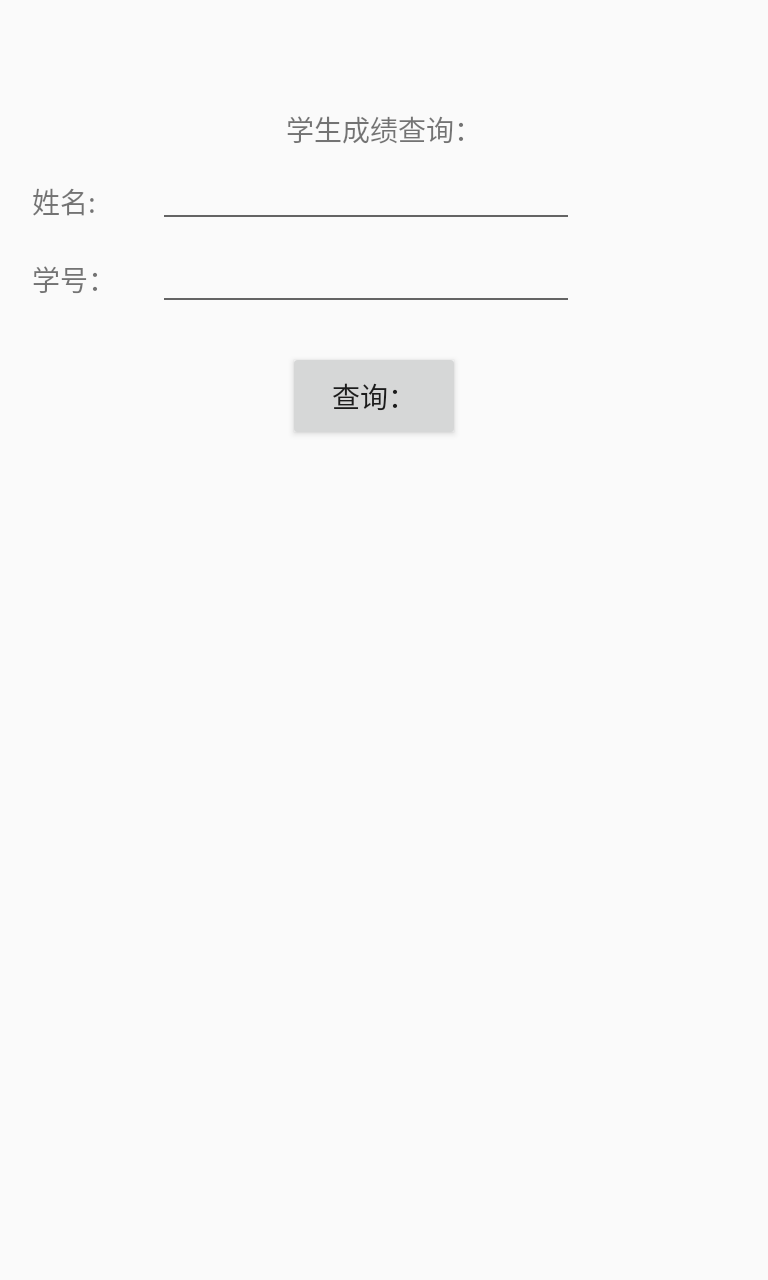
Repository: DaisyDong/AndroidPath
Layout: ScoreQurey/res/layout/activity_main.xml
An editor plug-in stored every save of this project. The layout is shown before and after the next save, followed by the edit.
It is drawn on a 768 x 1280 px phone screen (xhdpi) without system bars, with theme AppTheme; the app's code is not run.

Above is the layout before, as saved 2015-04-19 09:25:40.

### ScoreQurey/res/layout/activity_main.xml
<RelativeLayout xmlns:android="http://schemas.android.com/apk/res/android"
    xmlns:tools="http://schemas.android.com/tools"
    android:layout_width="match_parent"
    android:layout_height="match_parent"
    android:paddingBottom="@dimen/activity_vertical_margin"
    android:paddingLeft="@dimen/activity_horizontal_margin"
    android:paddingRight="@dimen/activity_horizontal_margin"
    android:paddingTop="@dimen/activity_vertical_margin"
    tools:context="com.example.scorequrey.MainActivity" >

    <TextView
        android:id="@+id/tv2"
        android:layout_width="wrap_content"
        android:layout_height="wrap_content"
        android:layout_alignLeft="@+id/tv2"
        android:layout_below="@+id/tv1"
        android:layout_marginTop="15dp"
        android:text="姓名:" />

    <TextView
        android:id="@+id/tv3"
        android:layout_width="wrap_content"
        android:layout_height="wrap_content"
        android:layout_alignLeft="@+id/tv2"
        android:layout_below="@+id/tv2"
        android:layout_marginTop="18dp"
        android:text="学号：" />

    <EditText
        android:id="@+id/et2"
        android:layout_width="wrap_content"
        android:layout_height="wrap_content"
        android:layout_below="@+id/editText1"
        android:layout_marginLeft="20dp"
        android:layout_toRightOf="@+id/tv3"
        android:ems="10" />

    <EditText
        android:id="@+id/editText1"
        android:layout_width="wrap_content"
        android:layout_height="wrap_content"
        android:layout_alignLeft="@+id/et2"
        android:layout_below="@+id/tv1"
        android:ems="10" />

    <TextView
        android:id="@+id/tv1"
        android:layout_width="wrap_content"
        android:layout_height="wrap_content"
        android:layout_alignParentTop="true"
        android:layout_centerHorizontal="true"
        android:layout_marginTop="38dp"
        android:text="学生成绩查询：" />

    <Button
        android:id="@+id/bnt"
        android:layout_width="wrap_content"
        android:layout_height="wrap_content"
        android:layout_alignLeft="@+id/tv1"
        android:layout_below="@+id/et2"
        android:layout_marginTop="16dp"
        android:text="查询：" />

</RelativeLayout>

Loaded but not shown: ScoreQurey/res/values/styles.xml (common file); ScoreQurey/res/values-v11/styles.xml (common file); ScoreQurey/res/values-v14/styles.xml (common file); ScoreQurey/res/values/dimens.xml (common file); ScoreQurey/res/values-w820dp/dimens.xml (common file)

After the next save:
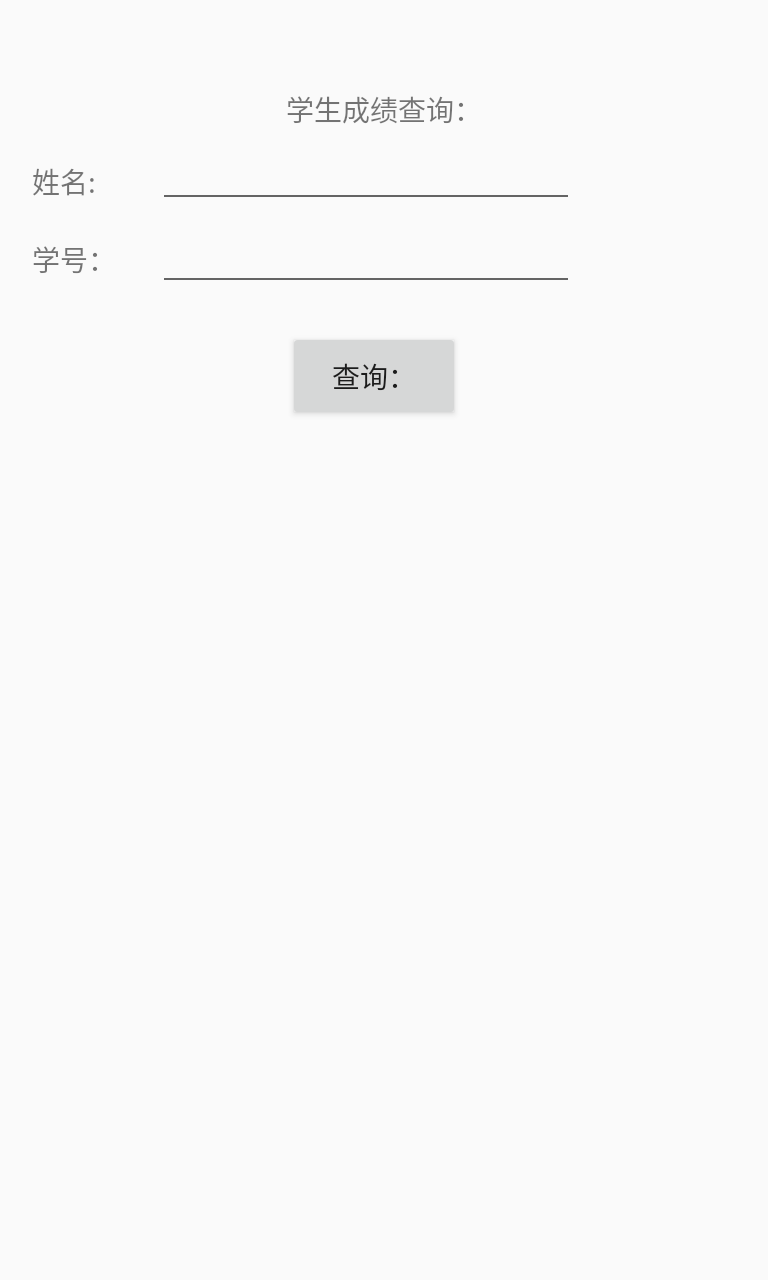
Saved 5 min 2 s later.
--- a/ScoreQurey/res/layout/activity_main.xml
+++ b/ScoreQurey/res/layout/activity_main.xml
@@ -43,15 +43,6 @@
         android:layout_below="@+id/tv1"
         android:ems="10" />
 
-    <TextView
-        android:id="@+id/tv1"
-        android:layout_width="wrap_content"
-        android:layout_height="wrap_content"
-        android:layout_alignParentTop="true"
-        android:layout_centerHorizontal="true"
-        android:layout_marginTop="38dp"
-        android:text="学生成绩查询：" />
-
     <Button
         android:id="@+id/bnt"
         android:layout_width="wrap_content"
@@ -61,4 +52,13 @@
         android:layout_marginTop="16dp"
         android:text="查询：" />
 
+    <TextView
+        android:id="@+id/tv1"
+        android:layout_width="wrap_content"
+        android:layout_height="wrap_content"
+        android:layout_alignParentTop="true"
+        android:layout_centerHorizontal="true"
+        android:layout_marginTop="28dp"
+        android:text="学生成绩查询：" />
+
 </RelativeLayout>
